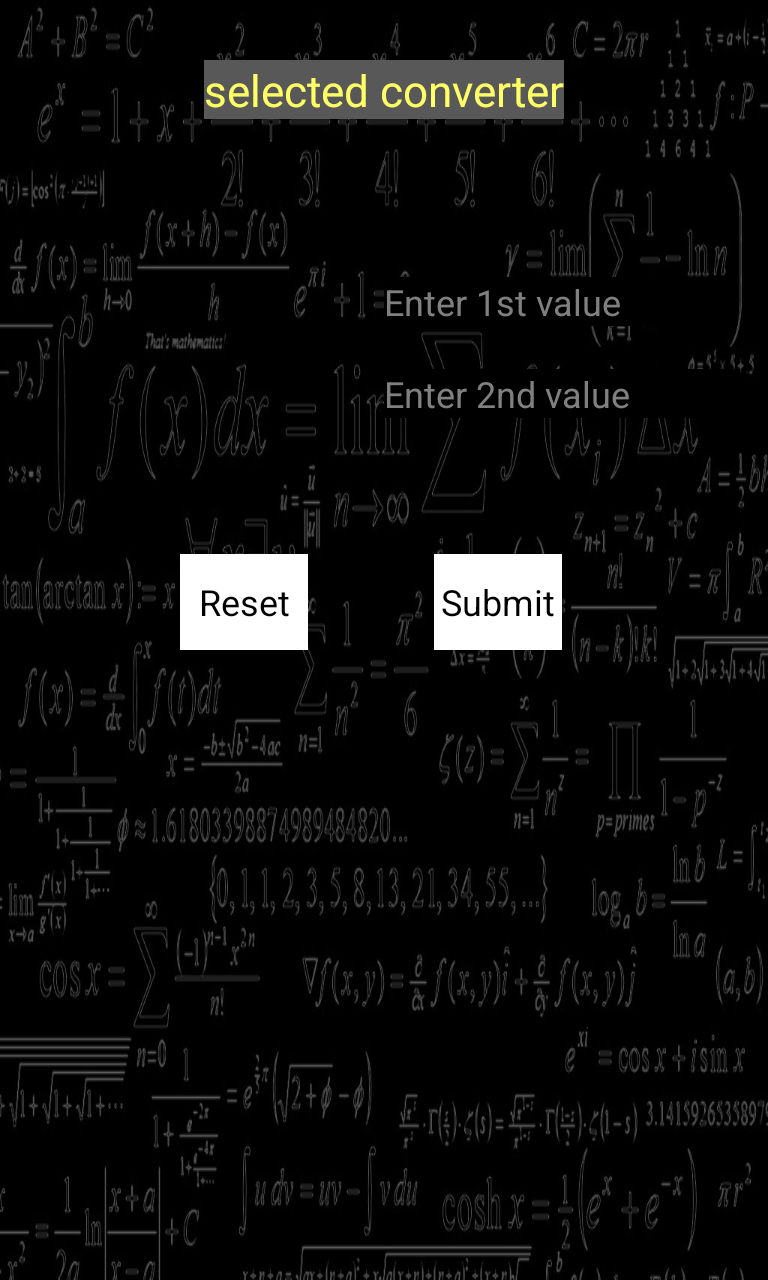
Repository: priyankaaj/practiced-apps
Layout: newProject/res/layout/activity_main.xml
An editor plug-in stored every save of this project. The layout is shown before and after the next save, followed by the edit.
It is drawn on a 768 x 1280 px phone screen (xhdpi) without system bars, with theme AppTheme; the app's code is not run.

Above is the layout before, as saved 2015-09-25 07:23:41.

After the next save:
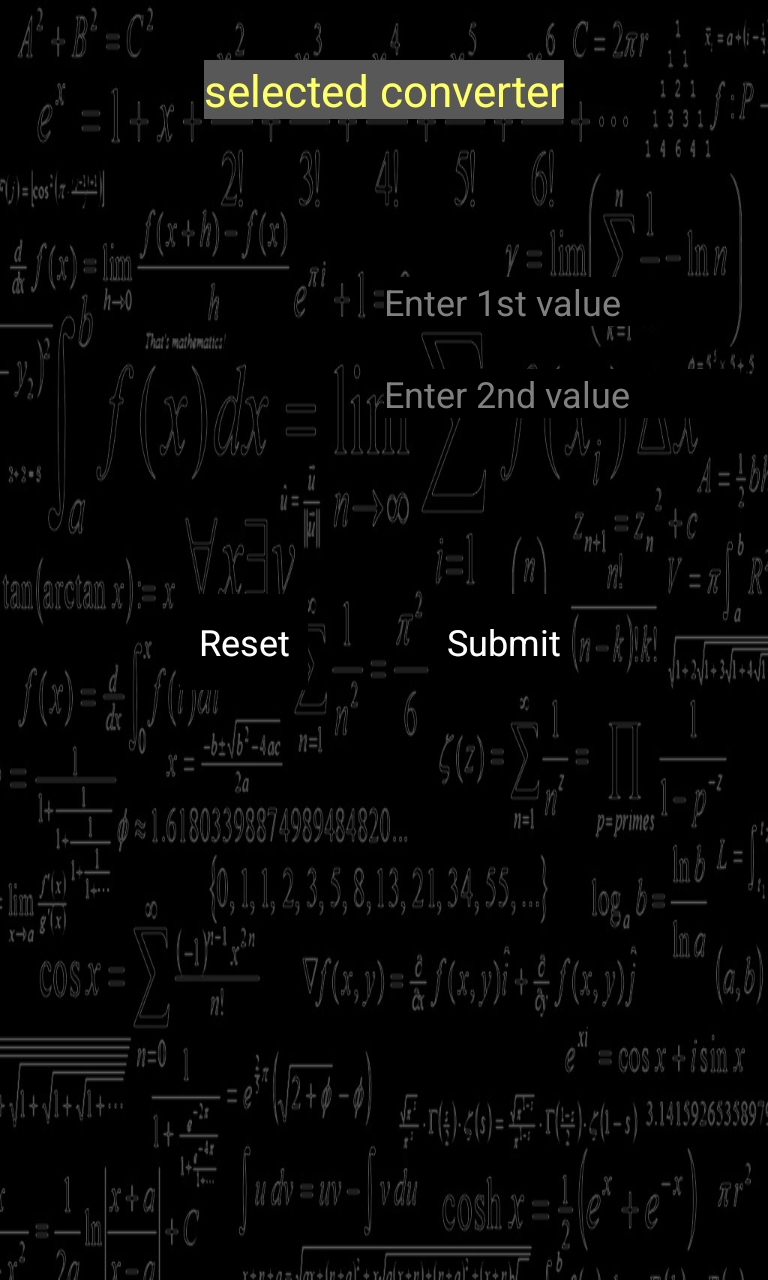
Saved 15 min 17 s later.
--- a/newProject/res/layout/activity_main.xml
+++ b/newProject/res/layout/activity_main.xml
@@ -39,9 +39,21 @@
         android:layout_alignBottom="@+id/buttonsubmit"
         android:layout_alignRight="@+id/spinnerconvertoptions"
         android:layout_marginRight="38dp"
-        android:background="#ffffff"
-        android:textColor="#000000"
+        android:background="#000000"
+        android:textColor="#ffffff"
         android:text="Reset" />
+
+    <Button
+        android:id="@+id/buttonsubmit"
+        android:layout_width="wrap_content"
+        android:layout_height="wrap_content"
+        android:layout_alignLeft="@+id/entvalue2"
+        android:layout_below="@+id/entvalue2"
+        android:layout_marginLeft="28dp"
+        android:layout_marginTop="88dp"
+        android:background="#000000"
+        android:text="Submit"
+        android:textColor="#ffffff" />
 
     <EditText
         android:id="@+id/entvalue2"
@@ -53,7 +65,6 @@
         android:background="#000000"
         android:ems="10"
         android:hint="Enter 2nd value"
-        android:inputType="number"
         android:textColor="#ffffff" >
 
         <requestFocus />
@@ -69,19 +80,6 @@
         android:background="#000000"
         android:ems="10"
         android:hint="Enter 1st value"
-        android:inputType="number"
         android:textColor="#ffffff" />
 
-    <Button
-        android:id="@+id/buttonsubmit"
-        android:layout_width="wrap_content"
-        android:layout_height="wrap_content"
-        android:layout_alignLeft="@+id/entvalue2"
-        android:layout_below="@+id/entvalue2"
-        android:layout_marginLeft="25dp"
-        android:layout_marginTop="68dp"
-        android:background="#ffffff"
-        android:textColor="#000000"
-        android:text="Submit"/>
-
 </RelativeLayout>
